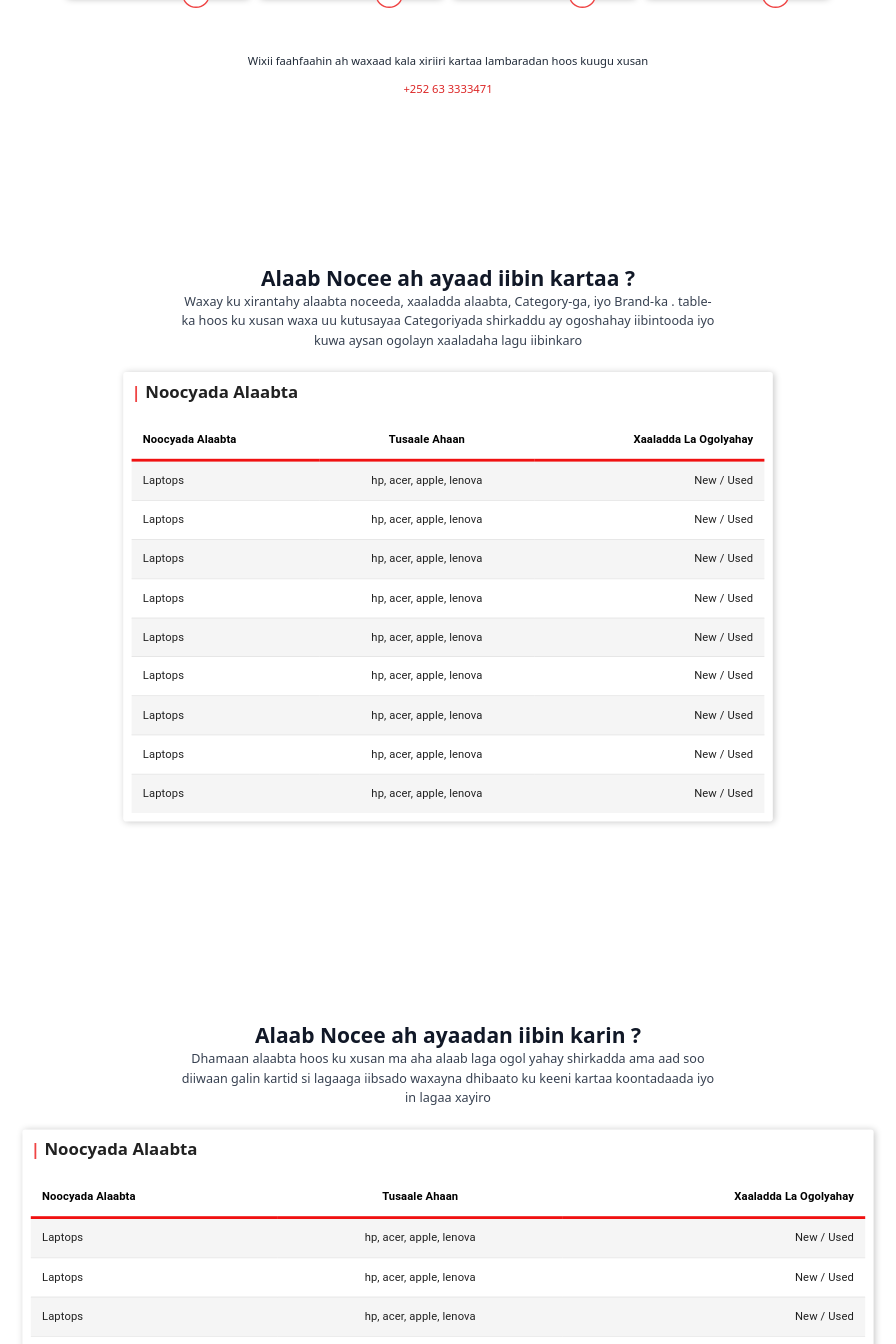
Repository: muraadso/Muraadso-Sellers
Page: /
The author's editor kept a copy of each file at every save. The page is drawn from the files as they stood at one save, then again after the next save.
The browser window is 1280 px wide. The pictures show the part of the page from y = 2048 to 3968 px (the page is 4448 px tall before and 4176 px after), at 70% of full size.
The project was rebuilt for these pictures with package versions that can differ from the ones it lists, and the page was loaded fresh each time. The framework's server and built-in components were replaced by stand-ins that run in the browser. Also part of the build but not shown: next.config.js.

Above is the page before, as saved 2021-12-06 20:31:33.

After the next save:
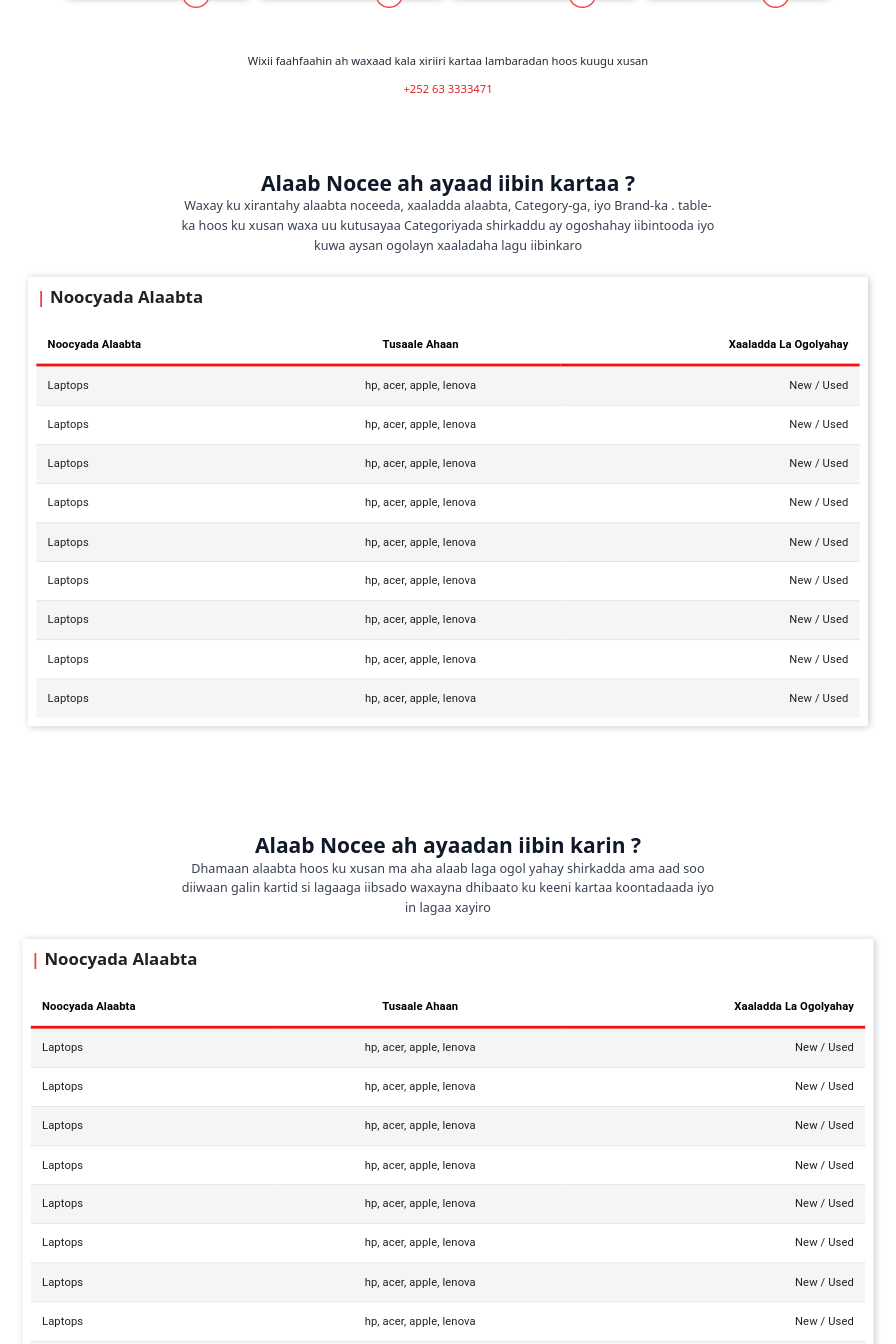
Saved 19 s later.
--- a/components/Howtoreg.jsx
+++ b/components/Howtoreg.jsx
@@ -59,7 +59,7 @@ const rows = [
 export default function Howtoreg() {
   return (
       <>
-    <div className="flex flex-col items-center justify-center tablle mb-36 p-36">
+    <div className="flex flex-col items-center justify-center p-2 tablle mb-36">
                 <h1 className="text-xl font-bold text-center text-gray-900 md:text-3xl">Alaab Nocee ah ayaad iibin kartaa ?</h1>
                 <p className="max-w-3xl mb-8 text-sm text-center text-gray-700 md:text-lg">Waxay ku xirantahy alaabta noceeda, xaaladda alaabta, Category-ga, iyo Brand-ka .
                 table-ka hoos ku xusan waxa uu kutusayaa Categoriyada shirkaddu ay ogoshahay iibintooda
